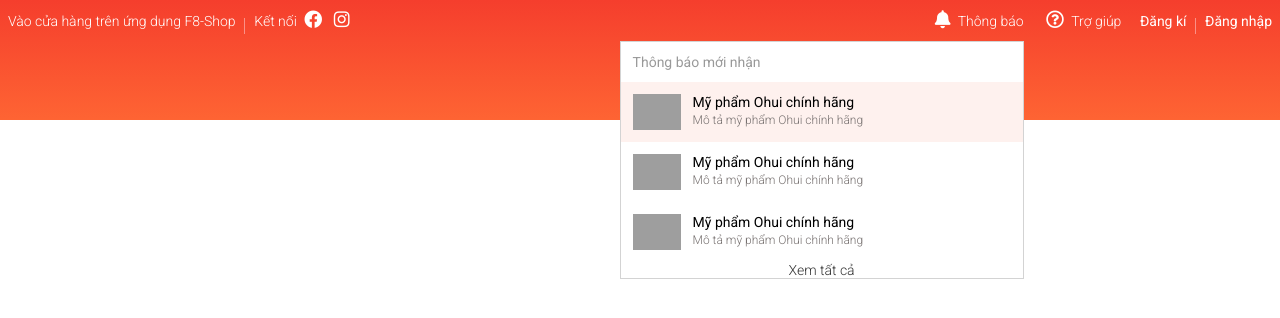
Repository: phunobi1807/shopee
Page: index.html
The author's editor kept a copy of each file at every save. The page is drawn from the files as they stood at one save, then again after the next save.
The browser window is 1280 px wide. The pictures show the whole page.
Pictures or frames that could not be fetched are drawn as grey boxes.

Above is the page before, as saved 2021-06-13 12:24:36.

After the next save:
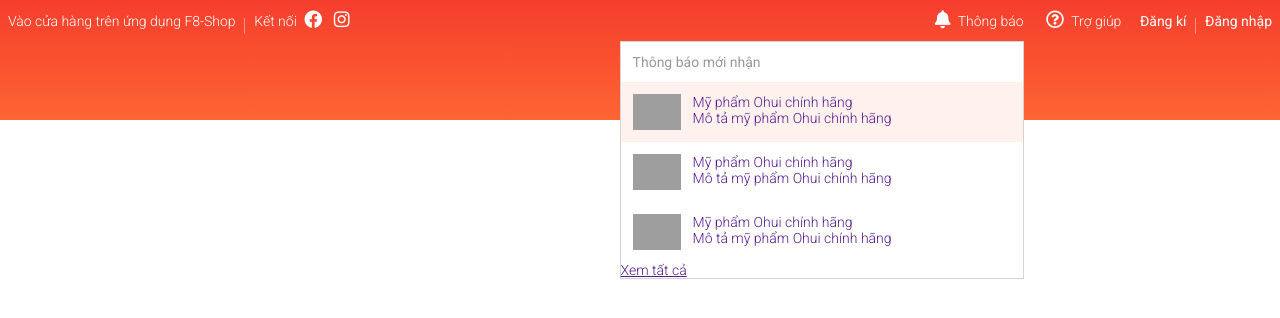
Saved 2 min 27 s later.
--- a/assets/css/main.css
+++ b/assets/css/main.css
@@ -179,7 +179,7 @@
 {
     display: block;
     font-size: 1.4rem;
-    color: var(--black-color);
+    color: var(--text-color;
     font-weight: 400;
 }
 .header__notify-description
